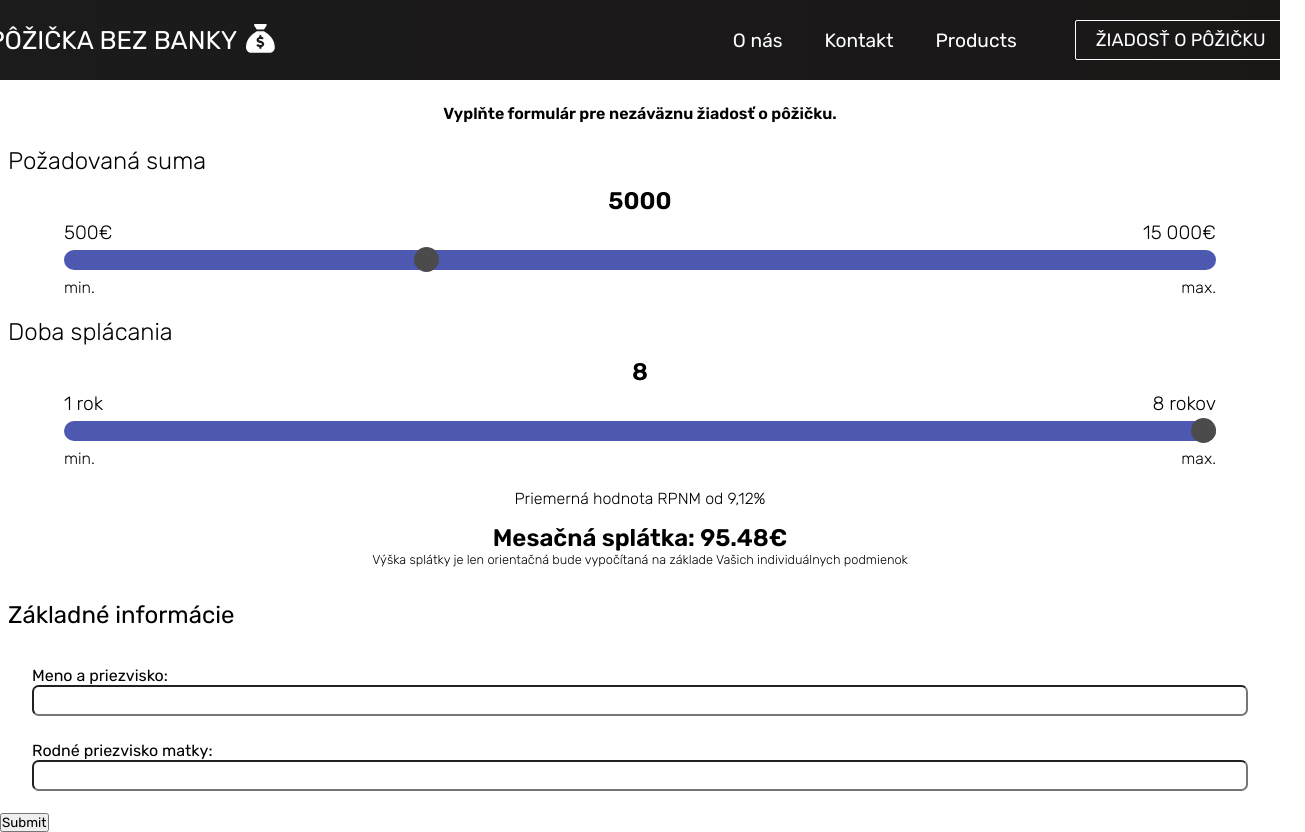
Repository: steve-lgtm/React-website-pozickabezbanky
Page: /ziadost
An editor plug-in stored every save of this project. The page is shown before and after the next save, followed by the edit.
The browser window is 1280 px wide. The page is 1305 px wide, so the pictures cover 1305 px, including what lies to the right of the window. The pictures show the whole page.
Some web libraries are served in a nearby version. The project was rebuilt for these pictures with package versions that can differ from the ones it lists, and the page was loaded fresh each time. Also part of the build but not shown: src/components/pages/Home.js, src/components/pages/Kontakt.js, src/components/pages/Products.js.

Above is the page before, as saved 2022-07-10 16:21:10.

### src/App.js
import React from 'react';
import Navbar from './components/Navbar';
import './App.css';
import Home from './components/pages/Home.js';
import { BrowserRouter as Router, Routes, Route } from 'react-router-dom';
import Kontakt from './components/pages/Kontakt';
import Products from './components/pages/Products';
import Ziadost from './components/pages/Ziadost';
import { library } from '@fortawesome/fontawesome-svg-core'
import { fas } from '@fortawesome/free-solid-svg-icons'


library.add(fas)


function App() {
  return (
      <Router>
        <Navbar />
        <Routes>
          <Route path='/' exact element={<Home />} />
          <Route path='/kontakt' element={<Kontakt/>} />
          <Route path='/products' element={<Products/>} />
          <Route path='/ziadost' element={<Ziadost/>} />
        </Routes>
      </Router>
  );
}

export default App;

### src/components/Navbar.js
import React, { useState, useEffect } from 'react';
import { Button } from './Button';
import { Link } from 'react-router-dom';
import './Navbar.css';
import { FontAwesomeIcon } from '@fortawesome/react-fontawesome';

function Navbar() {
  const [click, setClick] = useState(false);
  const [button, setButton] = useState(true);

  const handleClick = () => setClick(!click);
  const closeMobileMenu = () => setClick(false);

  const showButton = () => {
    if (window.innerWidth <= 1040) {
      setButton(false);
    } else {
      setButton(true);
    }
  };

  useEffect(() => {
    showButton();
  }, []);

  window.addEventListener('resize', showButton);

  return (
    <>
      <nav className='navbar'>
        <div className='navbar-container'>
          <Link to='/' className='navbar-logo' onClick={closeMobileMenu}>
            PÔŽIČKA BEZ BANKY
           {/* <FontAwesomeIcon icon="fa-solid fa-money-bill-1-wave" className='nav-icon'/> */}
           <FontAwesomeIcon icon="fa-solid fa-sack-dollar" className='nav-icon' />
          </Link>
          <div className='menu-icon' onClick={handleClick}>
            <i className={click ? 'fas fa-times' : 'fas fa-bars'} />
          </div>
          <ul className={click ? 'nav-menu active' : 'nav-menu'}>
            <li className='nav-item'>
              <Link to='/' className='nav-links' onClick={closeMobileMenu}>
                O nás
              </Link>
            </li>
            <li className='nav-item'>
              <Link
                to='/kontakt'
                className='nav-links'
                onClick={closeMobileMenu}
              >
                Kontakt
              </Link>
            </li>
            <li className='nav-item'>
              <Link
                to='/products'
                className='nav-links'
                onClick={closeMobileMenu}
              >
                Products
              </Link>
            </li>

            <li>
              <Link
                to='/ziadost'
                className='nav-links-mobile'
                onClick={closeMobileMenu}
              >
                ŽIADOSŤ O PÔŽIČKU
              </Link>
            </li>
          </ul>
          {button && <Button buttonStyle='btn--outline'>ŽIADOSŤ O PÔŽIČKU</Button>}
        </div>
      </nav>
    </>
  );
}

export default Navbar;

### src/App.css
@import url('https://fonts.googleapis.com/css2?family=Rubik:wght@300;400;600&display=swap');
* {
  box-sizing: border-box;
  margin: 0;
  padding: 0;
  font-family: 'Rubik', sans-serif;



}

.home,
.services,
.products,
.sign-up {
  display: flex;
  height: 89vh;
  align-items: center;
  justify-content: center;
  font-size: 3rem;
}

.services {
  background-color: blue;
  background-size: cover;
  background-repeat: no-repeat;
  color: rgb(0, 0, 0);
  font-size: 20px;
}

.products {
  background-color: blue;
  background-position: center;
  background-size: cover;
  background-repeat: no-repeat;
  color: #fff;
  font-size: 100 rem;
}

.sign-up {
  background-position: center;
  background-size: cover;
  background-repeat: no-repeat;
  color: rgb(0, 0, 0);
  font-size: 100px;
}
.home {
  background-position: center;
  background-size: cover;
  background-repeat: no-repeat;
  color: rgb(0, 0, 0);
  font-size: 100px;
}

### src/components/pages/Ziadost.js
import React from 'react';
import '../../App.css';
import './Ziadost.css'
import { useState } from 'react';
import { useFormik} from 'formik'

function PMT(ir, np, pv, fv, type) {

  //  * ir   - interest rate per month
  //  * np   - number of periods (months)
   // * pv   - present value
   // * fv   - future value
  //  * type - when the payments are due:
 //   *        0: end of the period, e.g. end of month (default)
  //  *        1: beginning of period

   var pmt, pvif;

   fv || (fv = 0);
   type || (type = 0);

   if (ir === 0)
       return -(pv + fv)/np;

   pvif = Math.pow(1 + ir, np);
   pmt = - ir * pv * (pvif + fv) / (pvif - 1);

   if (type === 1)
       pmt /= (1 + ir);


   return pmt;}

export default function Ziadost() {
  const [mounthAmount, setMounthAmount] = useState(95.48);
  const formik =  useFormik({
    initialValues: {
      amount: 5000,
      period: 8,
      name: '',
      surnameMom:''
    },
    onSubmit: values => {
      console.log('Form data',values)
    },
    validate: values => {
      let errors ={}

      if(!values.name) {
        errors.name = 'Requiered'
      }

      if(!values.surnameMom) {
        errors.name = 'Requiered'
      }

      return errors
    }
  });

 const changeAmount = (e) => {
  let urk_sdz = 0.1834;
  if(e.target.name==='amount'){
    let urk_sdz = 0.1834;
    if ( formik.values.period===1) urk_sdz = 0.3910;
    if ( formik.values.period>1 && formik.values.period<6 ) urk_sdz = 0.2098; //0.22;
    if ( formik.values.period>5 && formik.values.period<9 ) urk_sdz = 0.1834;
    let finalAmount = Math.round(PMT(Math.pow((1+urk_sdz),1/12)-1,(formik.values.period*12),-1*e.target.value)*100) /100;
  setMounthAmount(finalAmount)}

  if(e.target.name==='period'){
    if ( e.target.value===1) urk_sdz = 0.3910;
    if ( e.target.value>1 && e.target.value<6 ) urk_sdz = 0.2098; //0.22;
    if ( e.target.value>5 && e.target.value<9 ) urk_sdz = 0.1834;
    let finalAmount = Math.round(PMT(Math.pow((1+urk_sdz),1/12)-1,(e.target.value*12),-1*formik.values.amount)*100) /100;
    setMounthAmount(finalAmount)}
  };
  return (
    <>
      <h1 className='header-form'>
          Vyplňte formulár pre nezáväznu žiadosť o pôžičku.
        </h1>
      <form onSubmit={formik.handleSubmit}>
      <div className='container-form'>
        <div className='section-name'>Požadovaná suma</div>
            <h2>{formik.values.amount}</h2>
            <div className="containerslider">
                <div className="pullleft" style={{fontSize:"1.2rem"}}>
                    500€
                </div>
                <div className="pullright" style={{fontSize:"1.2rem"}}>
                    15 000€
                </div>
            <input type="range" name="amount" step="100" min="500" max="15000" onChange={(e) =>{formik.handleChange(e); changeAmount(e)}} value={formik.values.amount} className="slider" id="suma"/>
            <div className="pullleft" style={{fontSize: "1rem"}}>
                min.
            </div>
            <div className="pullright" style={{fontSize: "1rem"}}>
                max.
            </div>
            </div>

       <div className='section-name'>Doba splácania</div>
       <h2>{formik.values.period}</h2>
            <div className="containerslider">
                <div className="pullleft" style={{fontSize:"1.2rem"}}>
                    1 rok
                </div>
                <div className="pullright" style={{fontSize:"1.2rem"}}>
                    8 rokov
                </div>
            <input type="range" name="period" step="1" min="1" max="8" onChange={(e) => {formik.handleChange(e); changeAmount(e)}} value={formik.values.period} className="slider" id="doba"/>
            <div className="pullleft" style={{fontSize: "1rem"}}>
                min.
            </div>
            <div className="pullright" style={{fontSize: "1rem"}}>
                max.
            </div>
            </div>
            <div className="info">
        Priemerná hodnota RPNM od 9,12%
        </div>
        <h2> Mesačná splátka: {mounthAmount}€</h2>
        <div className="info2">
            Výška splátky je len orientačná bude vypočítaná na základe Vašich individuálnych podmienok
        </div>
            </div>
          <div className='personal-data'>
          <div className='section-name'>Základné informácie</div>
            <div className='personal-data-field'>
          <label htmlFor="name">Meno a priezvisko:</label>
      <input type="text" name="name" id="name" onChange={formik.handleChange} value={formik.values.name}/>
      </div>
      <div className='personal-data-field'>
      <label htmlFor="surnameMom">Rodné priezvisko matky:</label>
      <input type="text" name="surnameMom" id="surnameMom" onChange={formik.handleChange} value={formik.values.surnameMom}/>
            </div>
            </div>
            <button type='submit'>Submit</button>
      </form>

    </>
  );
}

### src/components/Button.js
// import React from 'react';
// import './Button.css';
// import { Link } from 'react-router-dom';

// export function Button() {
//   return (
//     <Link to='sign-up'>
//       <button className='btn'>Sign Up</button>
//     </Link>
//   );
// }

import React from 'react';
import './Button.css';
import { Link } from 'react-router-dom';

const STYLES = ['btn--primary', 'btn--outline', 'btn--test'];

const SIZES = ['btn--medium', 'btn--large'];

export const Button = ({
  children,
  type,
  onClick,
  buttonStyle,
  buttonSize
}) => {
  const checkButtonStyle = STYLES.includes(buttonStyle)
    ? buttonStyle
    : STYLES[0];

  const checkButtonSize = SIZES.includes(buttonSize) ? buttonSize : SIZES[0];

  return (
    <Link to='/ziadost' className='btn-mobile'>
      <button
        className={`btn ${checkButtonStyle} ${checkButtonSize}`}
        onClick={onClick}
        type={type}
      >
        {children}
      </button>
    </Link>
  );
};

### src/components/Navbar.css
.navbar {
    background: linear-gradient(90deg, rgb(28, 27, 27) 0%, rgb(26, 23, 23) 100%);
    height: 80px;
    display: flex;
    justify-content: center;
    align-items: center;
    font-size: 1.2rem;
    position: sticky;
    top: 0;
    z-index: 999;
    font-weight: 400;
    white-space: nowrap;
  }

  .navbar-container {
    display: flex;
    justify-content: center;
    align-items: center;
    height: 80px;
    max-width: 1500px;
  }

  .navbar-logo {
    color: #fff;
    justify-self: start;
    margin-left: 0.5em;
    cursor: pointer;
    text-decoration: none;
    font-size: 1.6rem;
    display: flex;
    align-items: center;

  }

  .nav-icon {
    margin-left: 0.3em;
    margin-bottom: 0.1em;
    font-size: 1.8rem;
  }

  .nav-menu {
    display: grid;
    grid-template-columns: repeat(4, auto);
    grid-gap: 10px;
    list-style: none;
    text-align: center;
    width: 60vw;
    justify-content: end;
    margin-right: 2rem;
  }

  .nav-item {
    height: 3.5em;
  }

  .nav-links {
    color: #fff;
    display: flex;
    align-items: center;
    text-decoration: none;
    padding: 0.5rem 1rem;
    height: 100%;
  }

  .nav-links:hover {
    border-bottom: 4px solid #fff;
    transition: all 0.2s ease-out;
  }

  .fa-bars {
    color: rgb(255, 255, 255);
  }

  .nav-links-mobile {
    display: none;
  }

  .menu-icon {
    display: none;
  }

  @media screen and (max-width: 1040px) {
    .NavbarItems {
      position: relative;
    }

    .nav-menu {
      display: flex;
      flex-direction: column;
      justify-content: flex-start;
      width: 100%;
      height: 100vh;
      position: absolute;
      top: 80px;
      left: -100%;
      opacity: 1;
      transition: all 0.5s ease;
    }

    .nav-menu.active {
      background: #242222;
      left: 0;
      opacity: 1;
      transition: all 0.5s ease;
      z-index: 1;
    }

    .nav-links {
      font-size: 1.5rem;
      text-align: center;
      padding: 2rem;
      width: 100%;
      display: table;
    }

    .nav-links:hover {
      background-color: #fff;
      color: #242424;
      border-radius: 0;
    }

    .navbar-logo {
      float: left;}

    .navbar {
      justify-content: flex-start;
    }
    .navbar-container {
      float: left;
    }
    .menu-icon {
      display: block;
      position: absolute;
      top: 0;
      right: 0;
      transform: translate(-100%, 60%);
      font-size: 1.8rem;
      cursor: pointer;
    }

    .fa-times {
      color: #fff;
      font-size: 2rem;
    }

    .nav-links-mobile {
      display: block;
      text-align: center;
      margin: 2rem auto;
      border-radius: 4px;
      width: 80%;
      text-decoration: none;
      font-size: 1.5rem;
      background-color: transparent;
      color: #fff;
      padding: 14px 20px;
      border: 1px solid #fff;
      transition: all 0.3s ease-out;
    }

    .nav-links-mobile:hover {
      background: #fff;
      color: #242424;
      transition: 250ms;
    }
  }

### src/components/pages/Ziadost.css

.container-form {
margin: 0.5em;
display: flex;
flex-direction: column;
align-items: center;
font-weight: 300;
}
.pullleft{
    margin-top:0.3em;
    margin-bottom: 0.3em;
    float: left;

}
.pullright{
    margin-top:0.3em;
    margin-bottom: 0.3em;
    float: right;
}

.containerslider {
    width: 90vw;
    margin-bottom: 1em;
}
.header-form {
    text-align: center;
    font-size: 1rem;
    padding: 1em;
    padding-top: 1.5em;
}
.info{
    font-size: 1rem;
    color:black;
    text-align: center;
    margin-bottom: 1em;
}
.info2{
    font-size: 0.8rem;
    color:black;
    text-align: center;
    margin-bottom: 1em;
}
.slider {
    -webkit-appearance: none;
    width: 100%;
    height: 20px;
    background: #021391;
    outline: none;
    opacity: 0.7;
    -webkit-transition: .2s;
    transition: opacity .2s;
    border-radius: 1em;

  }
.section-name {
    align-self: flex-start;
    font-size: 1.5em;
    margin-bottom: 0.5em;
}

  .slider::-webkit-slider-thumb {
    -webkit-appearance: none;
    appearance: none;
    width: 25px;
    height: 25px;
    background: #000000;
    cursor: pointer;
    border-radius: 40px;
  }

  .slider::-moz-range-thumb {
    width: 25px;
    height: 25px;
    background: #000000;
    cursor: pointer;
  }
.arrow{
    width: 70px;
    margin-bottom: -1em;
}

.personal-data{
    display: flex;
    flex-direction: column;
    justify-content:space-around;
    height: 30vh;
    margin: 0.5em;
}
.personal-data-field{
    display: flex;
    flex-direction: column;
    justify-content:space-around;
    height: 7vh;
    margin: 0 1.5em;
}
input[type=text] {
    border-radius: 0.5em;
    height: 10vh;
}

### src/components/Button.css
:root {
  --primary: #fff;
}

.btn {
  padding: 8px 20px;
  border-radius: 2px;
  outline: none;
  border: none;
  cursor: pointer;
}

.btn--primary {
  background-color: var(--primary);
  color: #242424;
  border: 1px solid var(--primary);
}

.btn--outline {
  background-color: transparent;
  color: #fff;
  padding: 8px 20px;
  border: 1px solid var(--primary);
  transition: all 0.3s ease-out;
}

.btn--medium {
  margin-right: 1em;
  padding: 8px 20px;
  font-size: 18px;
}

.btn--large {
  padding: 12px 26px;
  font-size: 20px;
}

.btn--large:hover,
.btn--medium:hover {
  transition: all 0.3s ease-out;
  background: #fff;
  color: #242424;
  transition: 250ms;
}

Loaded but not shown: public/index.html (common file); src/index.js (common file); src/index.css (common file)

After the next save:
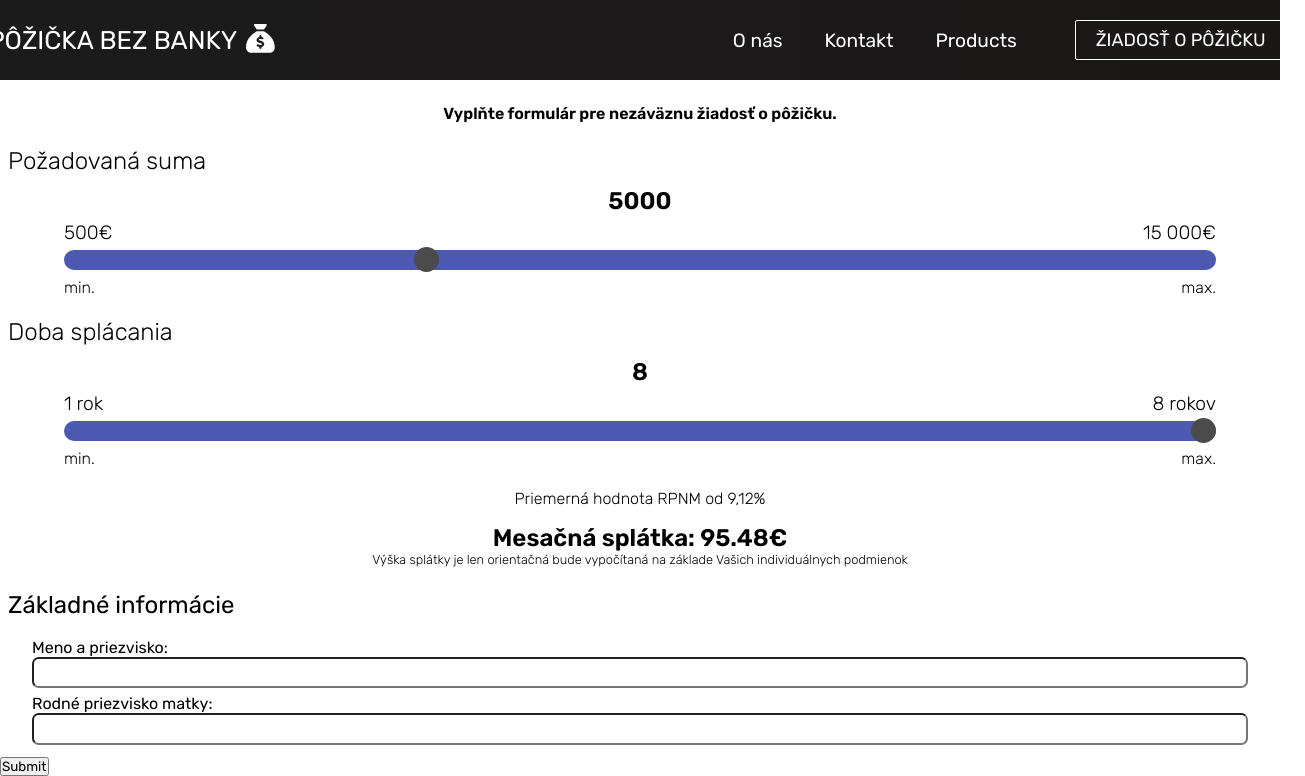
Saved 20 s later.
--- a/src/components/pages/Ziadost.css
+++ b/src/components/pages/Ziadost.css
@@ -83,7 +83,7 @@ font-weight: 300;
     display: flex;
     flex-direction: column;
     justify-content:space-around;
-    height: 30vh;
+    height: 10em;
     margin: 0.5em;
 }
 .personal-data-field{
